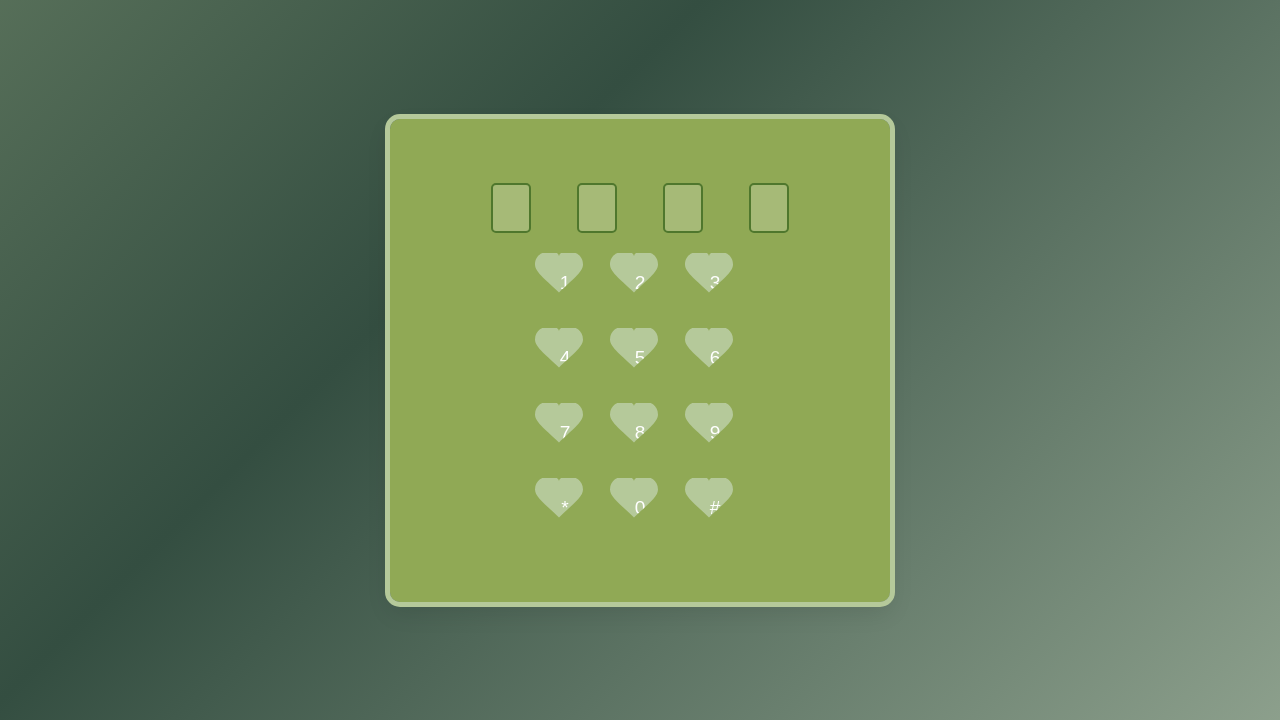
Repository: jahatesu/project-cutie
Page: index.html
These files come from the project's save history. The page is drawn as it stood at one moment and after the next save; the edit follows.
The browser window is 1280 px wide. The pictures show the whole page.
Some web libraries are served in a nearby version.

Above is the page before, as saved 2025-08-14 21:09:47.
Console error: TypeError: Cannot read properties of null (reading 'getBoundingClientRect')

### index.html
<!DOCTYPE html>
<html lang="en">
<head>
    <meta charset="UTF-8"
    meta http-equiv="X-UA-Compatible" content="IE=edge">
    <meta name="viewport" content="width=device-width, initial-scale=1.0">
    <title>idk yet</title>
    <link rel="stylesheet" href="https://cdnjs.cloudflare.com/ajax/libs/font-awesome/7.0.0/css/all.min.css">
    <link rel="stylesheet" href="style.css">
</head>

<body>
    <div class="wrapper">
        <!-- <i class="fa-solid fa-heart"></i>
        <h2 class="question">Do you wanna see why I think you’re the cutest?</h2>
        <div class="btn-group">
            <button class="btn-yes">Yes</button>
            <button class="btn-no">No</button>
        </div> -->

        <!-- PIN DISPLAY -->
         <div class="pin-display">
            <div class="pin-box"></div>
            <div class="pin-box"></div>
            <div class="pin-box"></div>
            <div class="pin-box"></div>
         </div>

         <!-- HEART BUTTONS -->
         <div class="heart-pad">
            <button data-num = "1">1</button>
          <button data-num = "2">2</button>
          <button data-num = "3">3</button>
          <button data-num = "4">4</button>
          <button data-num = "5">5</button>
          <button data-num = "6">6</button>
          <button data-num = "7">7</button>
          <button data-num = "8">8</button>
          <button data-num = "9">9</button>
          <button data-num = "*">*</button>
          <button data-num = "0">0</button>
          <button data-num = "#">#</button>
         </div>
    </div>

    <script src="script.js"></script>


</body>
</html>

### style.css
:root{
    --bg1:#e9f5db;
    --bg2:#90a955;
    --accent:#b5c99a;
    --ink:#232323;
    --splash-duration: 2600ms;
  }

*{
    margin: 0;
    padding: 0;
    box-sizing: border-box;
}

html, body {
    display: flex;
    justify-content: center;
    align-items: center;
    min-height: 100vh;
  width: 100%;
  height:100%;
}

body {
    background: linear-gradient(-45deg, #e9f5db, #344e41, #b5c99a, #23d5ab);
    background-size: 400% 400%;
    animation: gradient 15s ease infinite;
}

@keyframes gradient {
    0% {
        background-position: 0% 50%;
    }
    50% {
        background-position: 100% 50%;
    }
    100% {
        background-position: 0% 50%;
    }
}
.wrapper{
    position: relative;
    width: 90%;
    padding: 5%;
    max-width: 500px;
    margin: 50px 50px;
    height: fit-content;
    /* max-height: 50%; */
    background: #90a955;
    border-radius: 10px;
    display: flex;
    justify-content: center;
    align-items: center;
    box-shadow: 0 10px 25px rgba(0,0,0,0.1);
    flex-direction: column;
    text-align: center;
    outline: 5px solid #b5c99a;
}

.pin-display{
  display: flex;
  justify-content: space-between;
  margin-bottom: 20px;
  width: 80%;
}

.pin-box{
  width: clamp(30px, 9vw, 40px);
  height: clamp(30px, 9vw, 50px);
  border: 2px solid #4f772d;
  border-radius: 5px;
  background: rgba(255,255,255,0.2);
}

.heart-pad{
  display: grid;
   grid-template-columns: repeat(3, 60px);
  gap: 15px;
}

.heart-pad button {
  position: relative;
  width: 60px;
  height: 60px;
  font-size: 1.2rem;
  color: white;
  border: none;
  cursor: pointer;
  background: #b5c99a;
  clip-path: path("M24 4 C24 -4, 0 -4, 0 12 C0 20, 12 28, 24 40 C36 28, 48 20, 48 12 C48 -4, 24 -4, 24 4 Z");
}

/* .wrapper i {
  font-size: 50px;
  margin-bottom: 10px;
  color: #e9f5db;
}

i{
    font-size:7.5em;
    color: #e9f5db;
    border: 5px solid transparent;
}

h2{
    font-size: 2em;
    color: #e9f5db;
    margin: 15px 0;
}
@media (max-width: 600px) {
  .h2 {
    font-size: 1.2rem;
  }
}

.btn-group{
    width: 100%;
    height: 40px;
    display: flex;
    justify-content: center;
    margin-top: 15px;
}

button {
    position: absolute;
    width: 150px;
    height: inherit;
    font-size: 1.2em;
    color: #e9f5db;
    font-weight: 600;
    border-radius: 30px;
    border: 2px solid #4f772d;
    cursor: pointer;
    box-shadow: 0 5px 15px rgba(0,0,0,0.3);
}

button:nth-child(1){
    margin-left: -200px;
    background: #4f772d;
    color: #b5c99a;
}

button:nth-child(2){
    margin-right: -200px;
    color: #b5c99a;
}

@media (max-width: 400px) {
  .question {
    font-size: 5vw;
  }
  button {
    font-size: 4vw;
  }
} */

### script.js
const wrapper = document.querySelector(".wrapper");
const question = document.querySelector(".question");
const yesBtn = document.querySelector(".btn-yes");
const noBtn = document.querySelector(".btn-no");

const wrapperRect = wrapper.getBoundingClientRect();
const noBtnRect = noBtn.getBoundingClientRect();


yesBtn.addEventListener('click', () => {
    question.innerHTML = 'I knew it! Love you too <3 ';
})

noBtn.addEventListener('mouseover', () => {
    const i = Math.floor(Math.random() * (wrapperRect.width - noBtnRect.width));
    const j = Math.floor(Math.random() * (wrapperRect.height - noBtnRect.height));
    noBtn.style.left = i + "px";
    noBtn.style.top = j + "px";
})

After the next save:
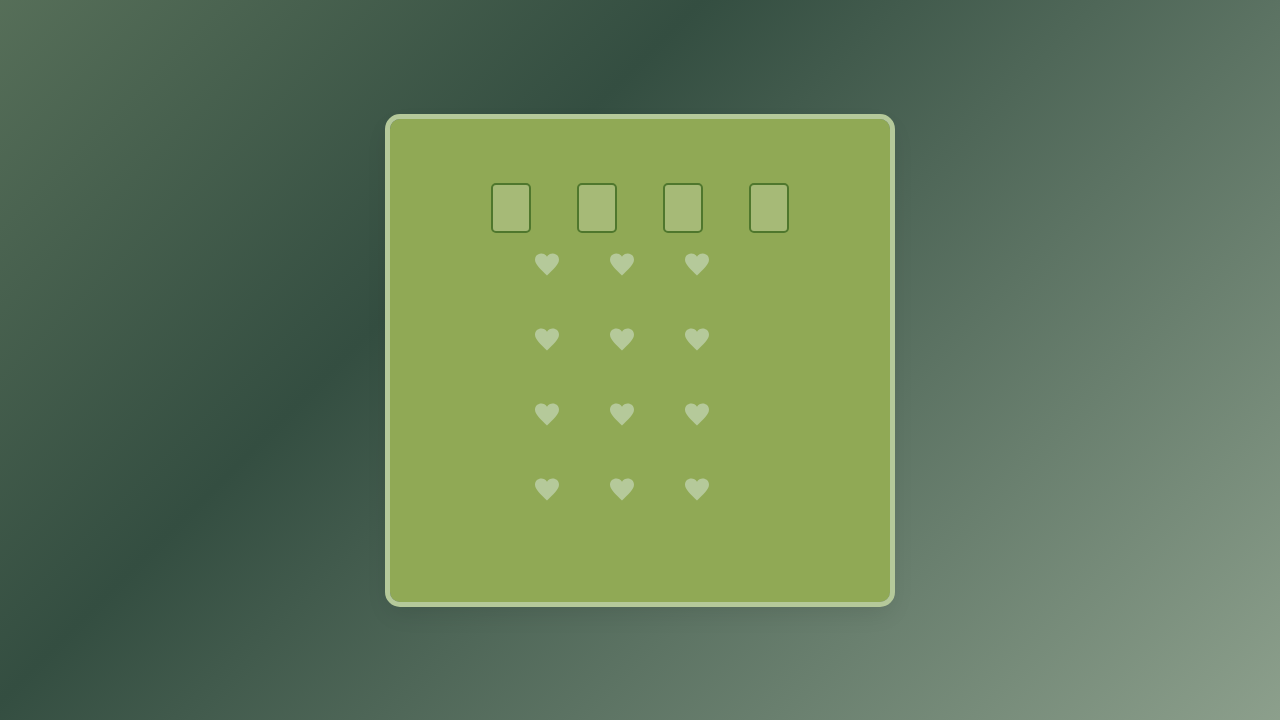
Saved 9 s later.
--- a/style.css
+++ b/style.css
@@ -87,8 +87,7 @@ body {
   border: none;
   cursor: pointer;
   background: #b5c99a;
-  clip-path: path("M24 4 C24 -4, 0 -4, 0 12 C0 20, 12 28, 24 40 C36 28, 48 20, 48 12 C48 -4, 24 -4, 24 4 Z");
-}
+  clip-path: path("M12 4.248c-3.148-5.402-12-3.825-12 2.944 0 4.661 5.571 9.427 12 15.808 6.43-6.381 12-11.147 12-15.808 0-6.792-8.875-8.306-12-2.944z");
 
 /* .wrapper i {
   font-size: 50px;
